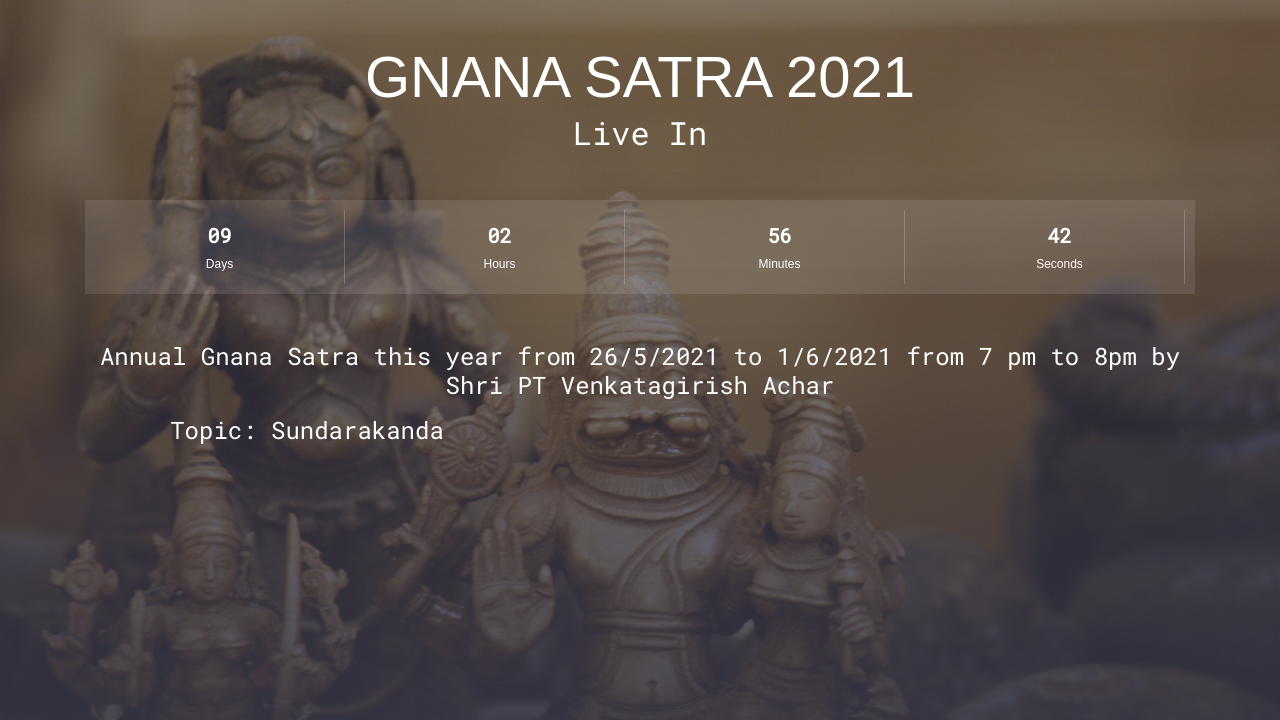
Repository: anirudhbichal/gs
Page: /
An editor plug-in stored every save of this project. The page is shown before and after the next save, followed by the edit.
The browser window is 1280 px wide. The pictures show the whole page.
Some web fonts or font styles are not loaded; a fallback is used. The project was rebuilt for these pictures with package versions that can differ from the ones it lists, and the page was loaded fresh each time.

Above is the page before, as saved 2021-05-17 19:04:24.

After the next save:
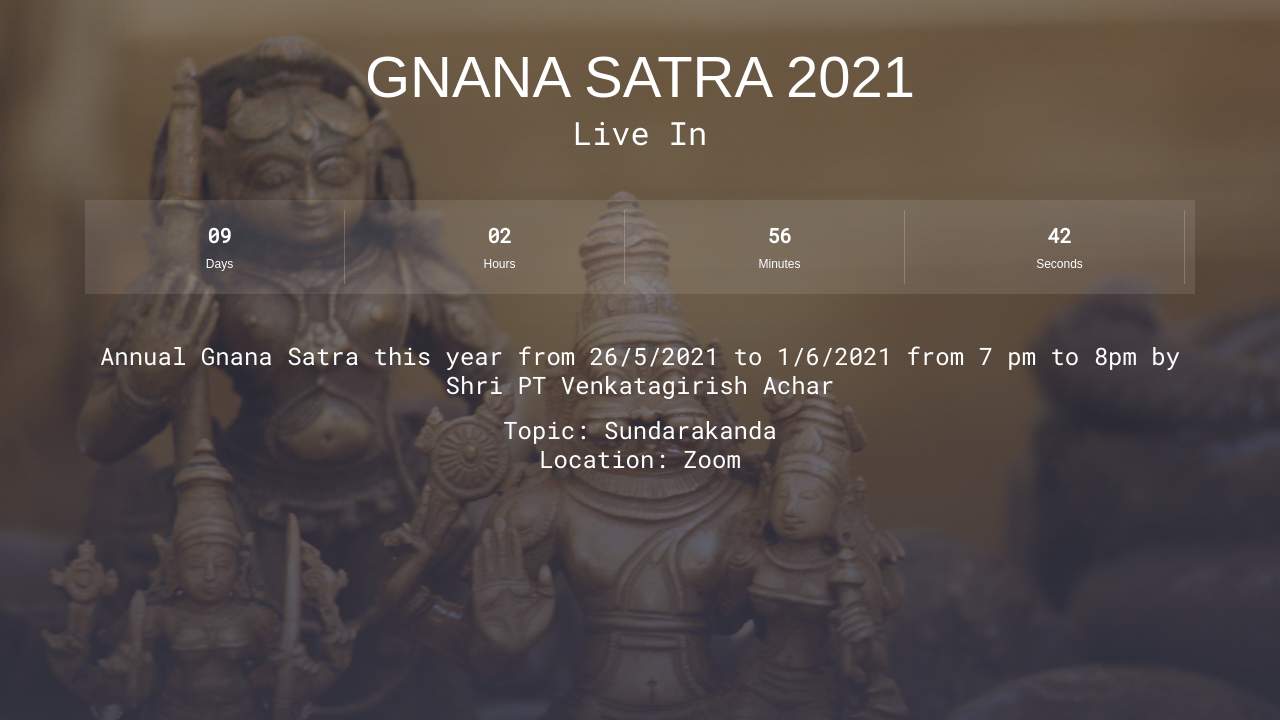
Saved 2 min 22 s later.
--- a/src/App.css
+++ b/src/App.css
@@ -34,49 +34,3 @@ h1 {
   text-transform: uppercase;
   line-height: 1;
 }
-
-#fragment1 {
-  width: 25em;
-  white-space:nowrap;
-  overflow:hidden;
-  -webkit-animation: frag1type 20s steps(50, end) 0s infinite;
-  animation: frag1type 20s steps(50, end) 0s infinite;
-}
-
-@keyframes frag1type {
-  from { width: 0;}
-  37%{width:25em;}
-  49%{width:0;}
-  100%{width:0;}
-}
-
-@-webkit-keyframes frag1type {
-  from { width: 0;}
-  37%{width:25em;}
-  49%{width:0;}
-  100%{width:0;}
-}
-
-#fragment2 {
-  margin-top: -20px;
-  opacity: 0;
-  width: 25em;
-  white-space:nowrap;
-  overflow:hidden;
-  -webkit-animation: frag2type 20s steps(50, end) 10s infinite;
-  animation: frag2type 20s steps(50, end) 10s infinite;
-}
-
-@keyframes frag2type {
-  from { width: 0; opacity:1; }
-  37%{width:25em;opacity:1; }
-  49%{width:0;opacity:1; }
-  100%{width:0;opacity:1; }
-}
-
-@-webkit-keyframes frag2type {
-  from { width: 0; opacity:1; }
-  37%{width:25em;opacity:1; }
-  49%{width:0;opacity:1; }
-  100%{width:0;opacity:1; }
-}
